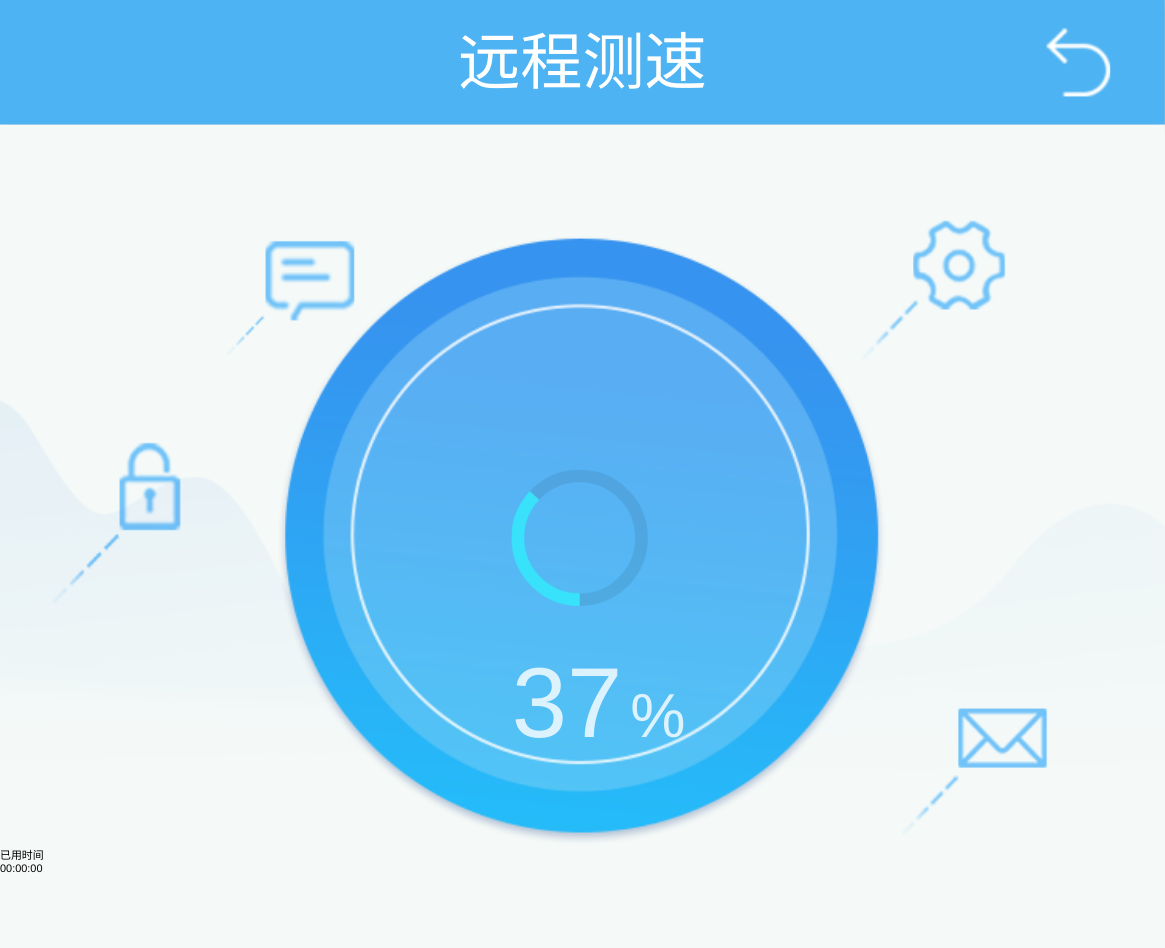
Repository: wangbiaozy/8.24
Page: index_test1.html
These files come from the project's save history. The page is drawn as it stood at one moment and after the next save; the edit follows.
The browser window is 1280 px wide. The pictures show the whole page, at 91% of full size.

Above is the page before, as saved 2018-08-23 18:31:49.

### index_test1.html
<!DOCTYPE html>
<html lang="en">
<head>
    <meta charset="UTF-8">
    <meta name="viewport"
          content="width=device-width, user-scalable=no, initial-scale=1.0, maximum-scale=1.0, minimum-scale=1.0">
    <title>Title</title>
    <link rel="stylesheet" href="css/reset.min.css">
    <link rel="stylesheet/less" href="css/styles_test1.less">
    <script src="js/less-1.7.0.min.js"></script>
</head>
<body>
    <header>
        <p>远程测速</p>
        <a class="back" href="javascript:void(0)"></a>
    </header>
    <main>
        <div class="circle">
            <div class="progress_1">
                <p><span>75</span>%</p>
            </div>
        </div>
        <div class="date_1">
            <p>已用时间</p>
            <p id="timeText">00:00:00</p>
        </div>
    </main>
</body>
</html>
<script src="js/jquery-1.10.1.min.js"></script>
<script src="js/circle-progress.min.js"></script>
<script src="js/index.js"></script>
<script>
    window.onload = function(){
        test = true;
    }
</script>

### css/reset.min.css
@charset "utf-8";
/*默认样式清除和初始化*/
body,h1,h2,h3,h4,h5,h6,hr,p,blockquote,dl,dt,dd,ul,ol,li,button,input,textarea,th,td{margin:0;padding:0}body{font-size:12px;font-style:normal;font-family:"\5FAE\8F6F\96C5\9ED1",Helvetica,sans-serif}small{font-size:12px}h1{font-size:18px}h2{font-size:16px}h3{font-size:14px}h4,h5,h6{font-size:100%}ul,ol{list-style:none}a{text-decoration:none;background-color:transparent}a:hover,a:active{outline-width:0;text-decoration:none}table{border-collapse:collapse;border-spacing:0}hr{border:0;height:1px}img{border-style:none}img:not([src]){display:none}svg:not(:root){overflow:hidden}html{-webkit-touch-callout:none;-webkit-text-size-adjust:100%}input,textarea,button,a{-webkit-tap-highlight-color:rgba(0,0,0,0)}article,aside,details,figcaption,figure,footer,header,main,menu,nav,section,summary{display:block}audio,canvas,progress,video{display:inline-block}audio:not([controls]),video:not([controls]){display:none;height:0}progress{vertical-align:baseline}mark{background-color:#ff0;color:#000}sub,sup{position:relative;font-size:75%;line-height:0;vertical-align:baseline}sub{bottom:-0.25em}sup{top:-0.5em}button,input,select,textarea{font-size:100%;outline:0}button,input{overflow:visible}button,select{text-transform:none}textarea{overflow:auto}button,html [type="button"],[type="reset"],[type="submit"]{-webkit-appearance:button}button::-moz-focus-inner,[type="button"]::-moz-focus-inner,[type="reset"]::-moz-focus-inner,[type="submit"]::-moz-focus-inner{border-style:none;padding:0}button:-moz-focusring,[type="button"]:-moz-focusring,[type="reset"]:-moz-focusring,[type="submit"]:-moz-focusring{outline:1px dotted ButtonText}[type="checkbox"],[type="radio"]{box-sizing:border-box;padding:0}[type="number"]::-webkit-inner-spin-button,[type="number"]::-webkit-outer-spin-button{height:auto}[type="search"]{-webkit-appearance:textfield;outline-offset:-2px}[type="search"]::-webkit-search-cancel-button,[type="search"]::-webkit-search-decoration{-webkit-appearance:none}::-webkit-input-placeholder{color:inherit;opacity:.54}::-webkit-file-upload-button{-webkit-appearance:button;font:inherit}.clear:after{display:block;height:0;content:"";clear:both}
*{ -webkit-tap-highlight-color: rgba(0,0,0,0);-webkit-tap-highlight-color: transparent; /* For some Androids */ }

### js/index.js
(function (doc, win) {
    var docEl = doc.documentElement,
        resizeEvt = 'orientationchange' in window ? 'orientationchange' : 'resize',
        recalc = function () {
            var clientWidth = docEl.clientWidth;
            if (!clientWidth) return;
            docEl.style.fontSize = 100 * (clientWidth / 750) + 'px';
        };
    if (!doc.addEventListener) return;
    win.addEventListener(resizeEvt, recalc, false);
    doc.addEventListener('DOMContentLoaded', recalc, false);
})(document, window);
$(function () {

    //首页一键体检
    $('#beforeBtn').on('click',function(){
        $('.before').hide();
        $('.check').show();
        $('.progress').circleProgress({
            value: 1,
            size: 115,
            startAngle: Math.PI/2,
            thickness: 14,
            animation: {duration:12000},//进度条完成时间（ms）
            fill: {
                gradient: ["#32edfd"]
            },
            //circle-animation-start：	function(event)-event - jQ事件
            //circle-animation-progress：	function(event, animationProgress, stepValue)：-event - jQ事件 animationProgress - 从0.0到1.0stepValue - 当前的步长值，从0.0到value
            //circle-animation-end:	function(event)：-event - jQ事件
        }).on('circle-animation-progress', function (event, progress, stepValue) {
                $(this).find('span').html(parseInt(stepValue.toFixed(2) * 100));
        }).on('circle-animation-end',function(){
            $('.message').removeClass('move');
            stop();
            $('.check').hide();
            $('.result').show();
        });
        start();
        messageMove();
    });

    //远程测速
    $('.progress_1').circleProgress({
        value: 1,
        size: 150,
        startAngle: Math.PI/2,
        thickness: 14,
        animation: {duration:12000},//进度条完成时间（ms）
        fill: {
            gradient: ["#32edfd"]
        },
    }).on('circle-animation-progress', function (event, progress, stepValue) {
            $(this).find('span').html(parseInt(stepValue.toFixed(2) * 100));
    }).on('circle-animation-end',function(){
        $('.message').removeClass('move');
        stop();
    });

    //检查项滚动
    var messageInnerText = '1111';
    function messageScroll(){
        $('.message').children('li:first-child').remove();
        $('.message').append('<li>'+messageInnerText+'</li>');
        if(!$('.message').hasClass('move')){
            window.clearInterval(timer);
        }
    }
    function messageMove(){
        timer = window.setInterval(messageScroll,500);
    }


    //检测时间
    var hour,minute,second;
    hour=minute=second=0;
    var millisecond=0;
    var int;
    function start(){
        int=setInterval(times,50);
    }
    function times(){
        millisecond=millisecond+50;
        if(millisecond>=1000){
            millisecond=0;
            second=second+1;
        }
        if(second>=60){
            second=0;
            minute=minute+1;
        }

        if(minute>=60){
            minute=0;
            hour=hour+1;
        }
      $('#timeText').text((hour<10?"0"+hour:hour)+':'+(minute<10?"0"+minute:minute)+':'+(second<10?"0"+second:second));
    }
    function stop(){
        window.clearInterval(int);
    }


    //查看详细清单下拉
    $('.arrow').on('click',function(){
        var $this = $(this),
            $listBox = $(this).siblings('div');
        $listBox.slideToggle("normal",function(){
            if($listBox.css('display') === 'block'){
                $this.addClass('act');
                $this.siblings('p').css('opacity','0');
            }else{
                $this.removeClass('act');
                $this.siblings('p').css('opacity','1');
            }
        });
    });



    //网关重启 WIFI开关 LED指示灯开关 查看黑名单
    $('#controlBox').on('click','a',function(){
        var $this = $(this);
        if($this.hasClass('off')){
            $this.removeClass('off');
        }else{
            $this.addClass('off');
        }
    });

    $('#look_blacklist').on('click',function(){
        $('.blacklistModel').show();
    });

    //返回
    $('.back').on('click',function(){
        window.history.go(-1);
    });
    //关闭弹窗
    $('.close').on('click',function(){
        $(this).parent().hide();
        hideMask();
    });
    //显示遮罩层
    function showMask(){
        $("#mask").css("height",$(document).height());
        $("#mask").css("width",$(document).width());
        $("#mask").show();
        $('body').css('position','fixed');
    }
    //隐藏遮罩层
    function hideMask(){
        $("#mask").hide();
        $('body').css('position','unset');
    }
});

Loaded but not shown: js/less-1.7.0.min.js (library); js/jquery-1.10.1.min.js (library); js/circle-progress.min.js (library)

After the next save:
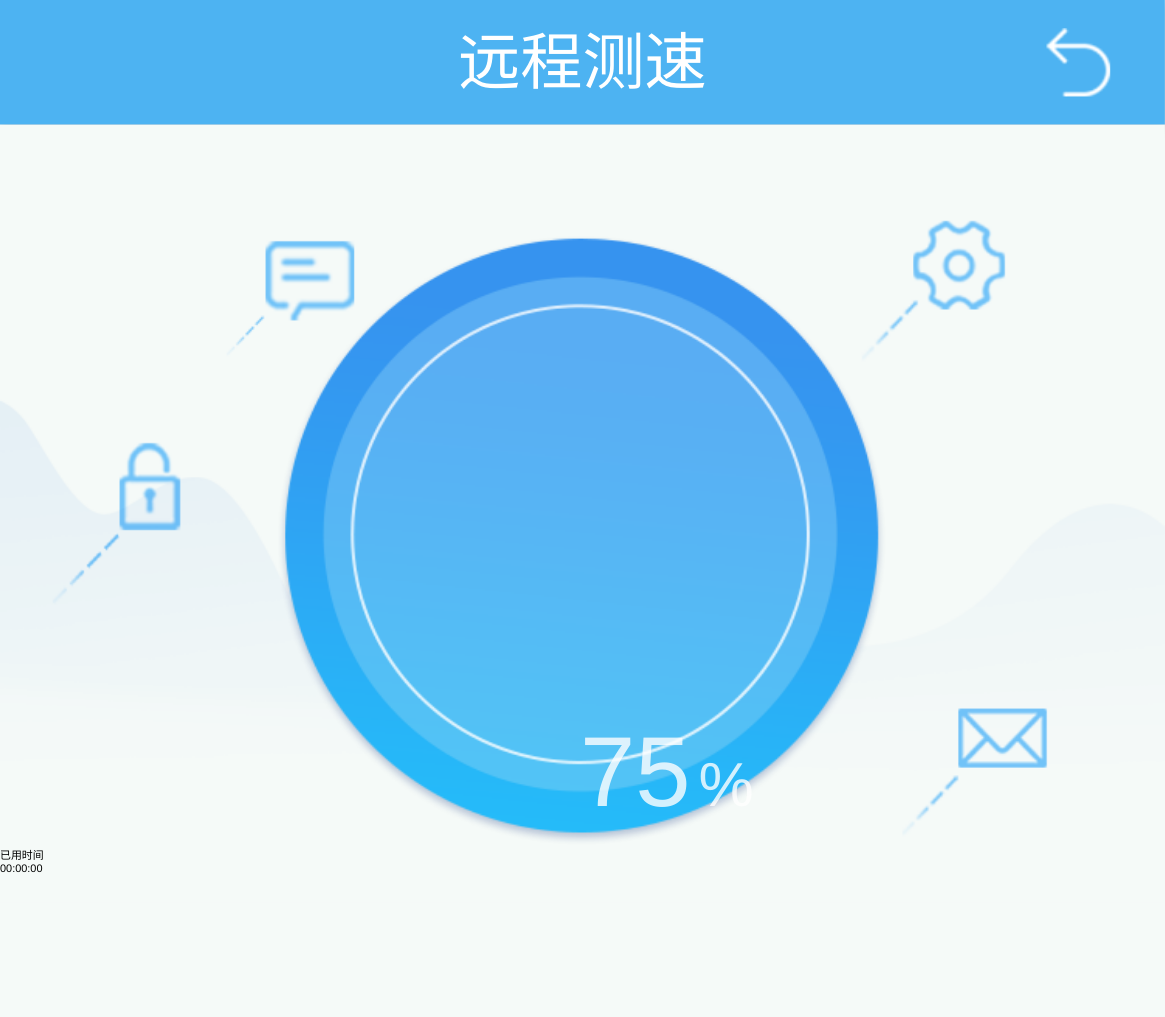
Console error: ReferenceError: test is not defined
Saved 17 s later.
--- a/js/index.js
+++ b/js/index.js
@@ -41,6 +41,9 @@
     });
 
     //远程测速
+    if(test){
+        console.log(1)
+    }
     $('.progress_1').circleProgress({
         value: 1,
         size: 150,

After the 4 saves that followed:
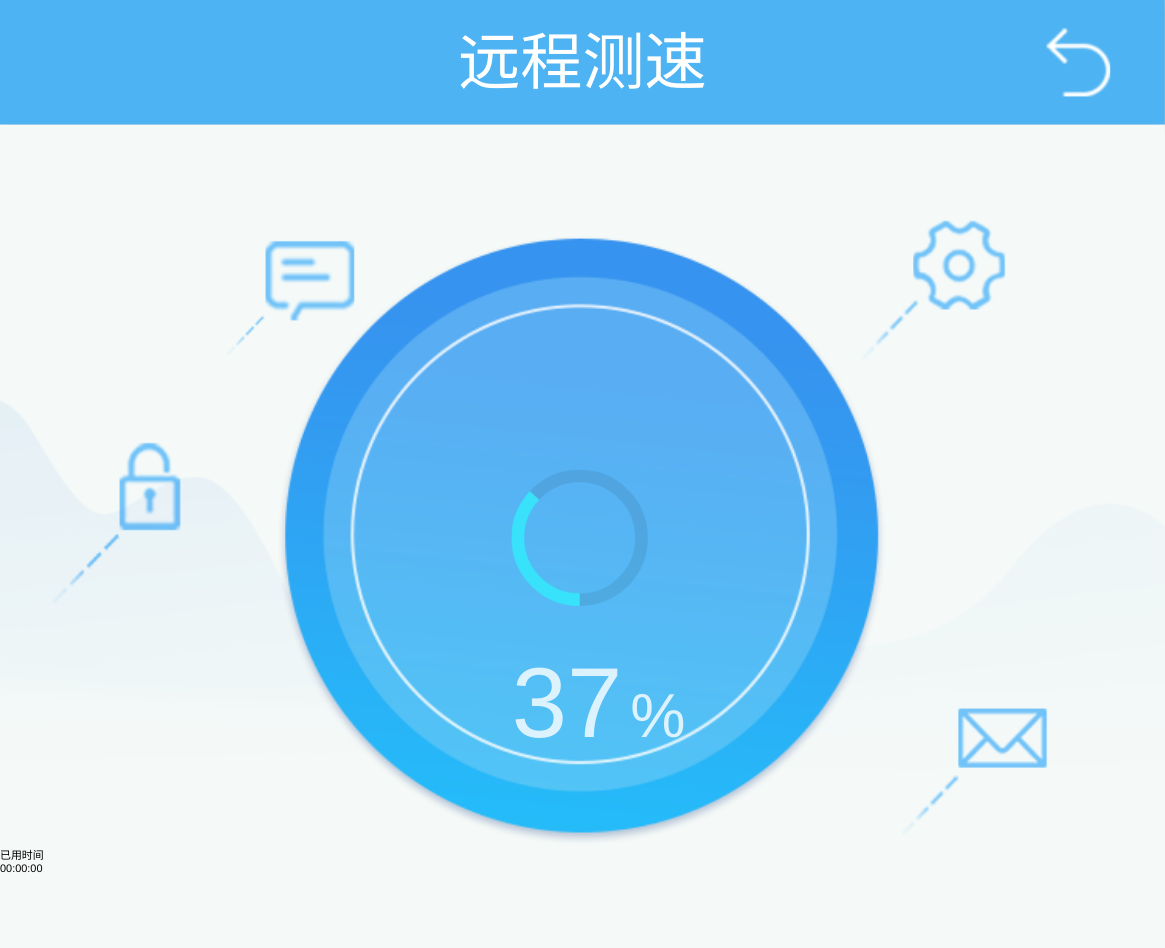
The error is gone.
The 4 saves are shown as one change because 3 left the picture as it was.
The last was saved 42 s later.
--- a/index_test1.html
+++ b/index_test1.html
@@ -30,8 +30,3 @@
 <script src="js/jquery-1.10.1.min.js"></script>
 <script src="js/circle-progress.min.js"></script>
 <script src="js/index.js"></script>
-<script>
-    window.onload = function(){
-        test = true;
-    }
-</script>
--- a/js/index.js
+++ b/js/index.js
@@ -41,9 +41,6 @@
     });
 
     //远程测速
-    if(test){
-        console.log(1)
-    }
     $('.progress_1').circleProgress({
         value: 1,
         size: 150,
